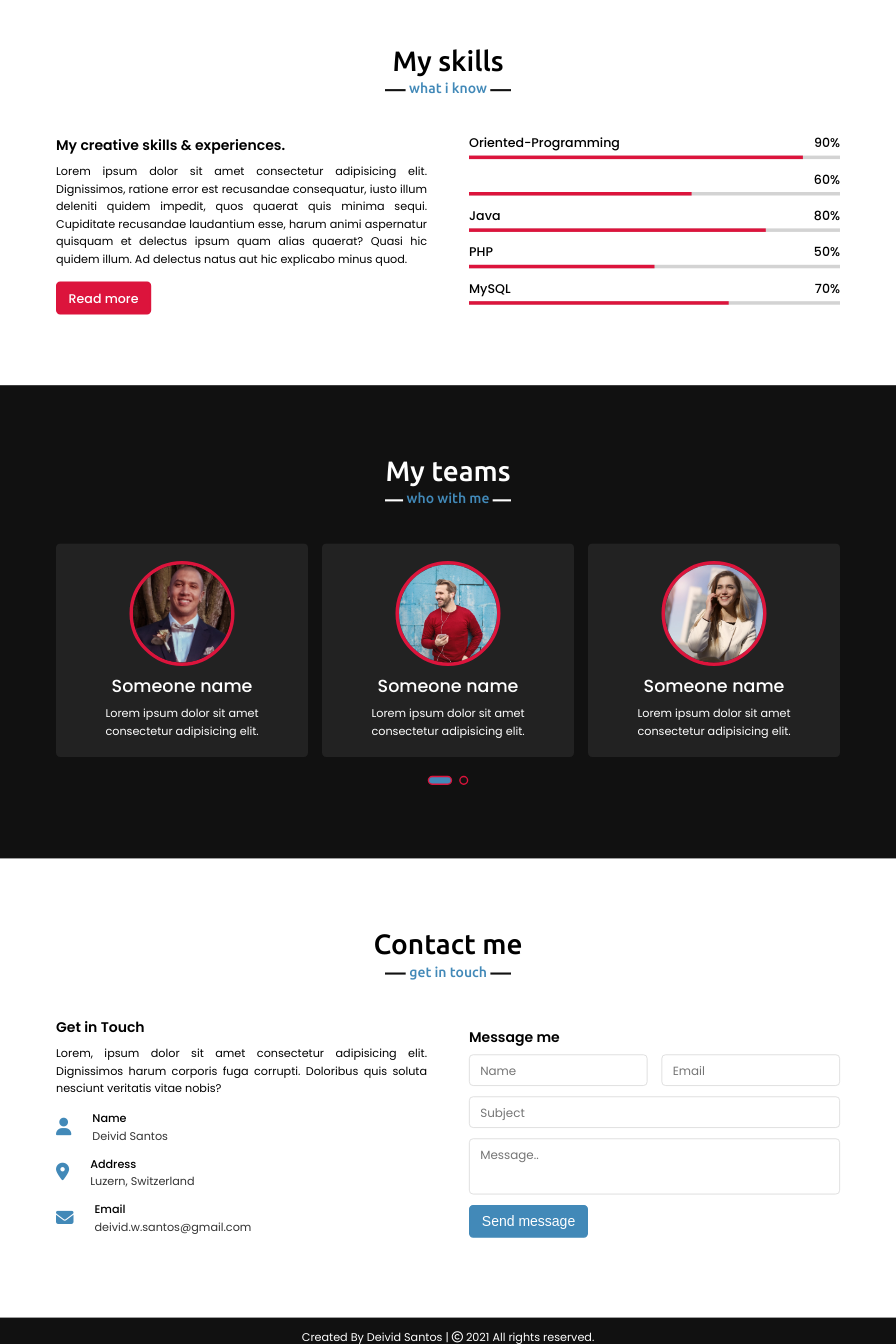
Repository: deividwsantoss/portfolio
Page: index.html
These files come from the project's save history. The page is drawn as it stood at one moment and after a run of saves; the edit follows.
The browser window is 1280 px wide. The pictures show the part of the page from y = 2036 to 3956 px (the page is 3973 px tall), at 70% of full size.
Some web libraries are served in a nearby version.

Above is the page before, as saved 2021-03-02 08:20:33.

After the next 3 saves:
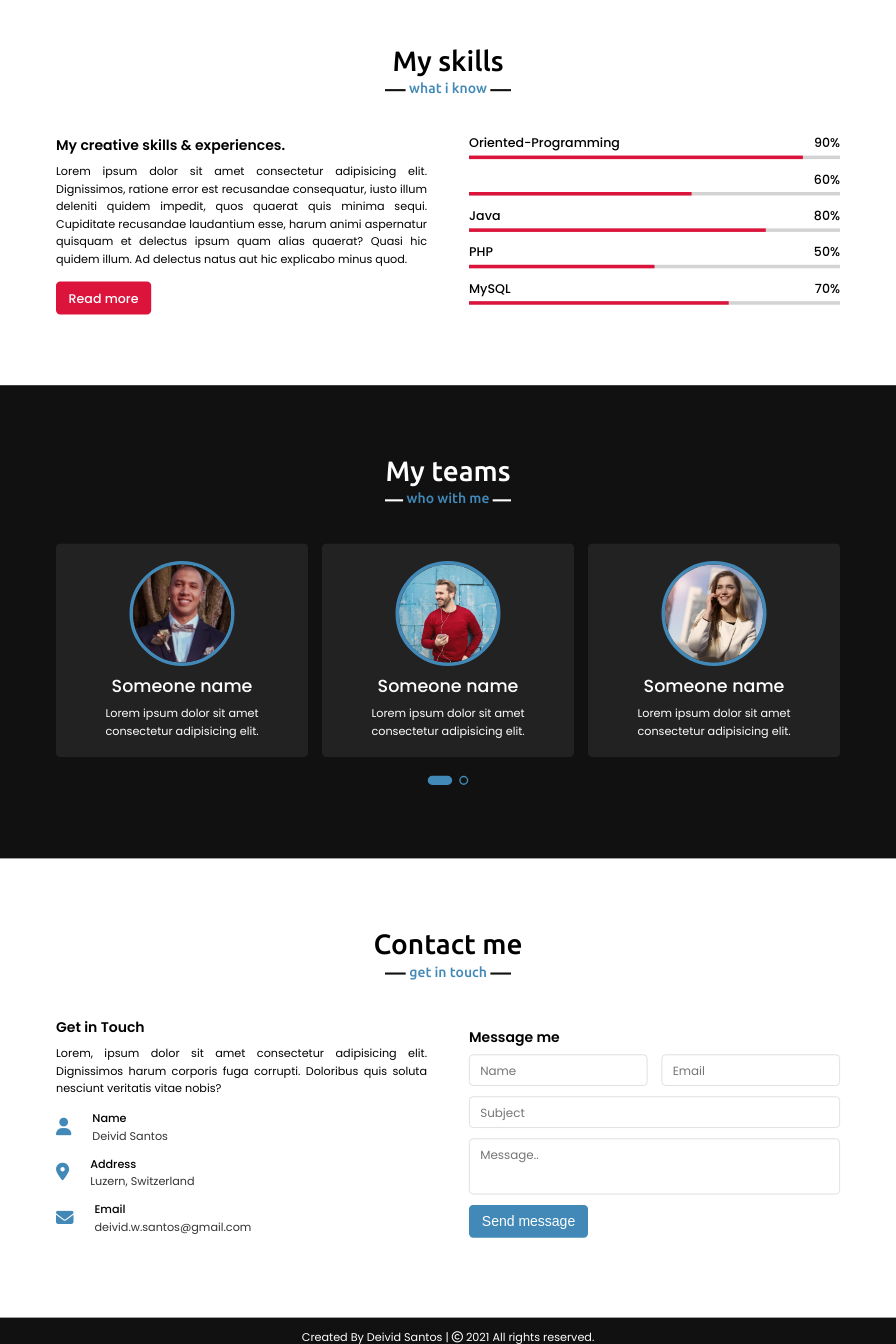
The 3 saves are shown as one change because they came seconds apart.
The last was saved 12 s later.
--- a/Content/style.css
+++ b/Content/style.css
@@ -407,7 +407,7 @@ section .title::after{
     width: 150px;
     object-fit: cover;
     border-radius: 50%;
-    border: 5px solid crimson;
+    border: 5px solid rgb(66, 137, 184);
     transition: all 0.3s ease;
 }
 .teams .carousel .card:hover img{
@@ -423,7 +423,7 @@ section .title::after{
     margin: 0 5px;
     outline: none!important;
     border-radius: 50%;
-    border: 2px solid crimson!important;
+    border: 2px solid rgb(66, 137, 184)!important;
     transition: all 0.3s ease;
 }
 .owl-dot.active{
